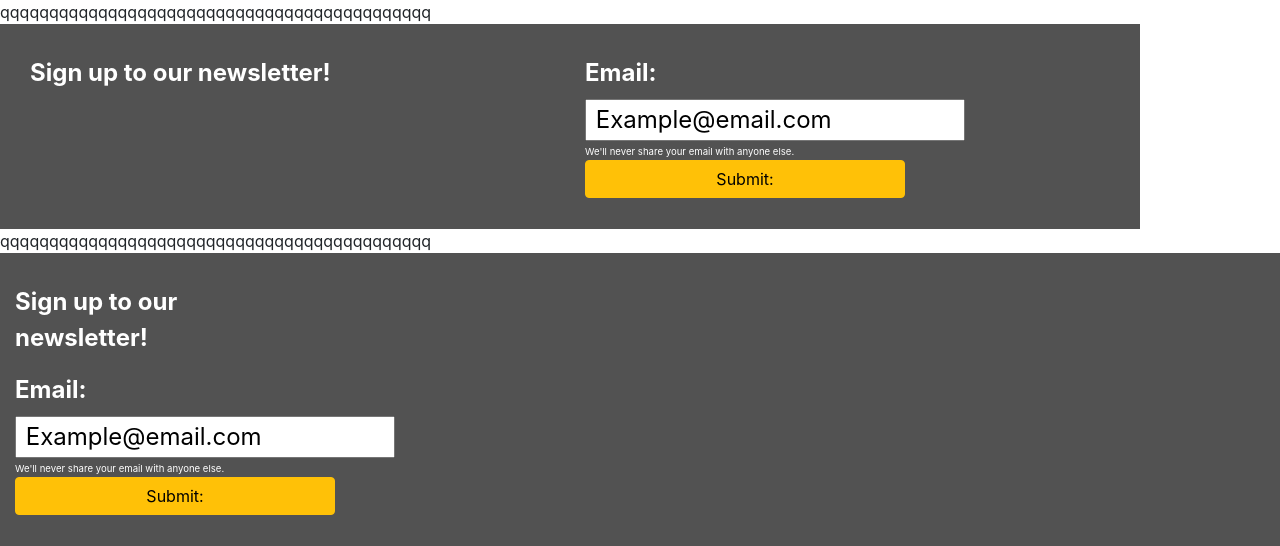
Repository: Felix-Redwood/Interactive-Frontend-Development-Milestone-Project
Page: index.html
The author's editor kept a record of every edit. The page is drawn from the files as they stood at one moment, then again after the next edit.
The browser window is 1280 px wide. The pictures show the part of the page from y = 720 to 1266 px (the page is 1266 px tall before and 1242 px after).
Backgrounds fixed to the window are drawn as part of the page.

Above is the page before.

### index.html
<!DOCTYPE html>
<html lang="en">

<head>
    <meta charset="UTF-8">
    <meta name="viewport" content="width=device-width, initial-scale=1.0">
    <meta name="description" content="YouGym! | The gym for you!">
    <meta name="keywords" content="fitness, exercise, gyms, gym, workout, work out">
    <meta name="author" content="Felix Redwood">
    <meta http-equiv="X-UA-Compatible" content="ie=edge">
    <link rel="icon" type="image/png" href="assets/images/YouGym-logo.png">
    <title>YouGym official site</title>
    <link rel="stylesheet" href="assets/css/main.css" type="text/css" />
    <link href="https://stackpath.bootstrapcdn.com/bootstrap/4.4.1/css/bootstrap.min.css" rel="stylesheet" integrity="sha384-Vkoo8x4CGsO3+Hhxv8T/Q5PaXtkKtu6ug5TOeNV6gBiFeWPGFN9MuhOf23Q9Ifjh" crossorigin="anonymous">
    <link href="https://fonts.googleapis.com/css?family=Roboto&display=swap" rel="stylesheet">

</head>

<body>
    <!--main page description-->
    <div class="container-fluid mainpageimage-container">
        <!--container-fluid makes the div occupy the whole page-->
        <div class="row">
            <div class="col-12">
                <section class="mainpage text-center">
                    <h1 class="mainpage-h1">YouGym</h1>
                    <h2 class="mainpage-h2">The Gym for
                        <bold>YOU</bold>
                    </h2>
                </section>
            </div>
        </div>
    </div>
    <!--/main page description-->

    qqqqqqqqqqqqqqqqqqqqqqqqqqqqqqqqqqqqqqqqqqqq
    <div class="container-wrapper">
        <div class="container links-container content-container email-harvester">
            <section>
                <div class="row">
                    <div class="col-12 col-md-6 email-box">
                        <div class="media">
                            <div class="media-body">
                                <p>Sign up to our newsletter!</p>
                            </div>
                        </div>
                    </div>
                    <div class="col-12 col-md-6 email-box">
                        <div class="media">
                            <div class="media-body">
                                <form action="" method="post">
                                        <!-- this form will gather the emails -->
                                        <label for="user-email" class="">Email:</label> <br>
                                        <input type="text" name="user-email" id="uemail" value=" Example@email.com " class="email-input" />
                                        <small id="emailHelp" class="form-text">We'll never share your email with anyone else.</small>
                                        <button type="button" class="btn btn-warning">Submit:</button>
                                        <!--TO DO - MAKE EMAIL FORM AND SUBMIT BUTTON GO SIDE BY SIDE-->
                                    </form>
                            </div>
                        </div>
                    </div>
                </div>
            </section>
            <!--/main page links-->
        </div>
    </div>
    qqqqqqqqqqqqqqqqqqqqqqqqqqqqqqqqqqqqqqqqqqqq

    <!--main page email submit-->
    <div class="container-wrapper email-harvester">
        <div>
            <section>
                <div class="row">
                    <div class="email-box">
                        <div class="col-12 col-md-8">
                            <div class="media">
                                <div class="media-body">
                                    <p>Sign up to our newsletter!</p>
                                </div>
                            </div>
                        </div>
                        <div class="col-12 col-md-8">
                            <div class="media">
                                <div class="media-body">
                                    <form action="" method="post">
                                        <!-- this form will gather the emails -->
                                        <label for="user-email" class="">Email:</label> <br>
                                        <input type="text" name="user-email" id="uemail" value=" Example@email.com " class="email-input" />
                                        <small id="emailHelp" class="form-text">We'll never share your email with anyone else.</small>
                                        <button type="button" class="btn btn-warning">Submit:</button>
                                        <!--TO DO - MAKE EMAIL FORM AND SUBMIT BUTTON GO SIDE BY SIDE-->
                                    </form>
                                </div>
                            </div>
                        </div>
                    </div>
                </div>
            </section>
            <!--/main page email submit-->
        </div>
    </div>


</body>

</html>

### assets/css/main.css
body {
    font-family: 'Roboto', sans-serif;
}

bold {
    font-weight: bold;
}
/* This gives us an easy way to make text bold within the html document */

.container-fluid
.col-12 {
    margin: 0;
    padding: 0;
}
/* ensures that the container-fluid and col-12 classes do not have any initial padding*/


.mainpageimage-container {
    height: 100vh;
    width: 100%;

    background: url(../images/mainpageimage.jpg) no-repeat top right fixed;
    -webkit-background-size: cover;
    -moz-background-size: cover;
    -o-background-size: cover;
    background-size: cover;

    display: flex;
    align-items: center;
    justify-content: center;

    position: relative;
}

/*Mainpage*/

.mainpage {
    background-color: transparent !important;
    padding-left: 0;
    padding-right: 0;
}

.mainpage-h1 {
    color: white;
    font-weight: bold;
    font-size: 3.4em;
    margin-bottom: 0.8em !important;
    padding-left: 0;
    padding-right: 0;
}

.mainpage-h2 {
    color: white;
    font-size: 1em;
    font-weight: 500;
}

@media (max-width: 906px) {
    .mainpage-h1 {
        padding-left: 0;
        padding-right: 0;
    }
}

@media (max-width: 568px) {
    .mainpage-h1 {
        padding-left: 0;
        padding-right: 0;
    }
}

.container-wrapper {
    padding: 0;
    margin: 0;
}

/* Email Harvester */

.email-harvester {
    background-color: #525252;
    color: #fafafa;
    margin: 0;
    padding: 0;
}

.email-box {
    font-size: 1.5em;
    font-weight: 700;
    text-decoration: none;
    color: #fff;
    margin-top: 1.3em;
    margin-bottom: 1.3em;
}

.email-input {

}

.btn-warning {
    color: #000 !important;
    width: 20em;
}

small {
    font-size: 0.4em !important;
}

.email-div {
    padding-right: 0;
    padding-left: 0;
}

.row {
    margin-left: 0 !important;
    margin-right: 0 !important;
}

.container {
    margin-right: 0 !important;
    margin-left: 0 !important;
}

After the next edit:
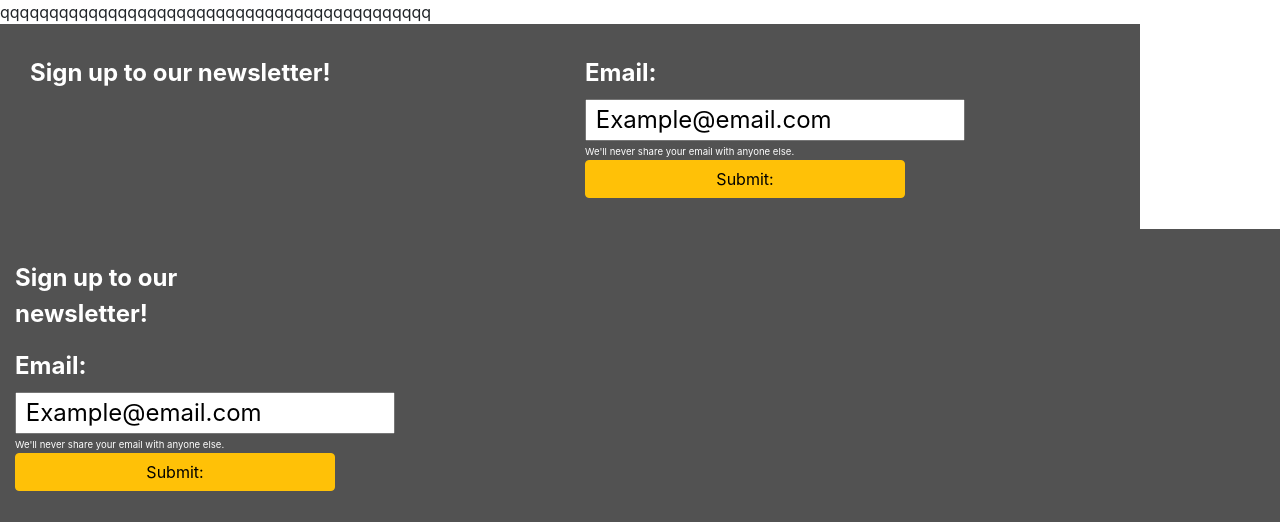
The edit:
--- a/index.html
+++ b/index.html
@@ -64,7 +64,6 @@
             <!--/main page links-->
         </div>
     </div>
-    qqqqqqqqqqqqqqqqqqqqqqqqqqqqqqqqqqqqqqqqqqqq
 
     <!--main page email submit-->
     <div class="container-wrapper email-harvester">
